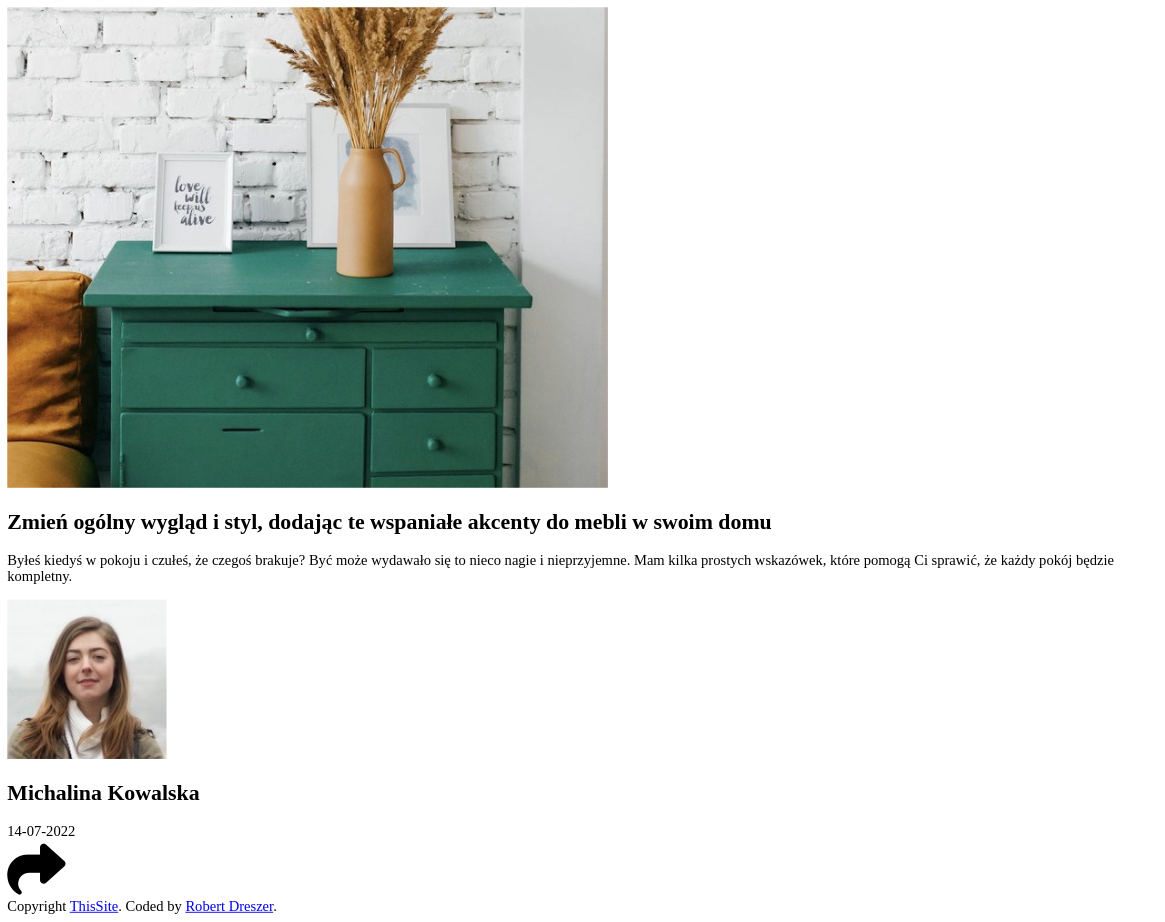
Repository: RobertDsr/komponent-podgl-du-produktu
Page: index.html
The author's editor kept a copy of each file at every save. The page is drawn from the files as they stood at one save, then again after a run of saves.
The browser window is 1280 px wide. The pictures show the whole page, at 91% of full size.
Some web libraries are served in a nearby version.

Above is the page before, as saved 2022-07-14 11:59:16.

### index.html
<!DOCTYPE html>
<html lang="en">
<head>
  <meta charset="UTF-8">
  <meta name="viewport" content="width=device-width, initial-scale=1.0"> <!-- displays site properly based on user's device -->

  <link rel="icon" type="image/png" sizes="32x32" href="./images/favicon-32x32.png">
  <script src="https://kit.fontawesome.com/f1983936fd.js" crossorigin="anonymous"></script>

  <title>Article preview component</title>
</head>
<body>

  <div class="wrapper">
    <img src="./images/drawers.jpg" alt="zielona szafka z ustawionymi na niej gadżetami ">
    <section class="articleDescription">
      <h1 class="Title">Zmień ogólny wygląd i styl, dodając te wspaniałe akcenty do mebli w swoim domu</h1>
      <p>Byłeś kiedyś w pokoju i czułeś, że czegoś brakuje? Być może wydawało się to nieco nagie i nieprzyjemne. Mam kilka prostych wskazówek, które pomogą Ci sprawić, że każdy pokój będzie kompletny.</p>
      <div class="author">
        <img src="./images/avatar-michelle.jpg" alt="Michelle" class="imgAuthor">
        <div class="divAuthorName">
        <h2 class="authorName">Michalina Kowalska</h2>
        <time datetime="2022-07-14">14-07-2022</time>
      </div>
        <div class="socialMedia">
          <i class="fa-solid fa-share fa-4x style="color: #339af0"></i>
        </div>
      </div>
    </section>
  </div>

  <div class="attribution">
    Copyright <a href="https://robertdreszer.pl/" target="_blank">ThisSite</a>.
    Coded by <a href="https://robertdreszer.pl/">Robert Dreszer</a>.
  </div>
</body>
</html>

After the next 2 saves:
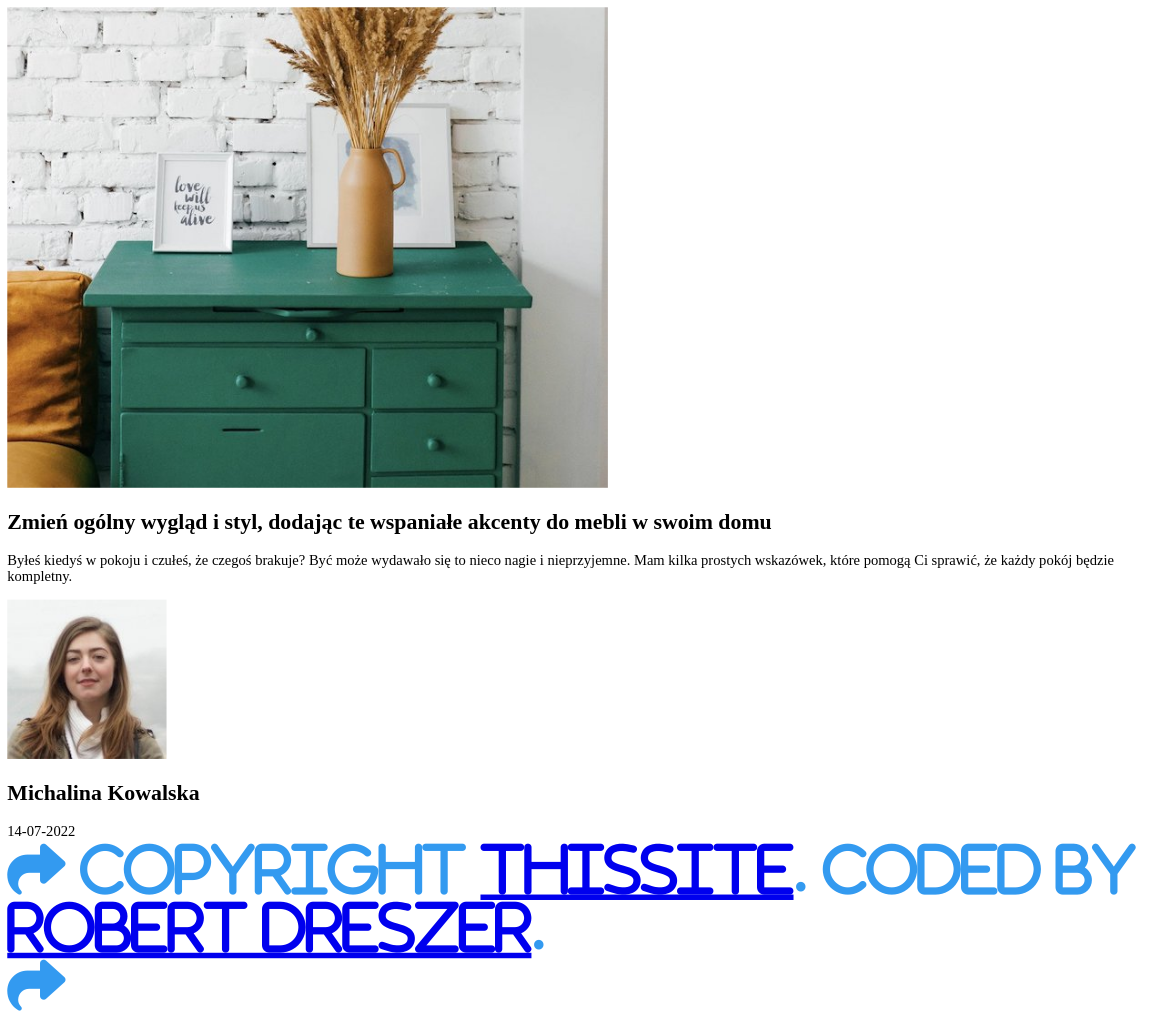
The 2 saves are shown as one change because they came seconds apart.
The last was saved 7 s later.
--- a/index.html
+++ b/index.html
@@ -23,7 +23,7 @@
         <time datetime="2022-07-14">14-07-2022</time>
       </div>
         <div class="socialMedia">
-          <i class="fa-solid fa-share fa-4x style="color: #339af0"></i>
+          <i class="fa-solid fa-share fa-4x" style="color: #339af0;></i>
         </div>
       </div>
     </section>

After the 2 saves that followed:
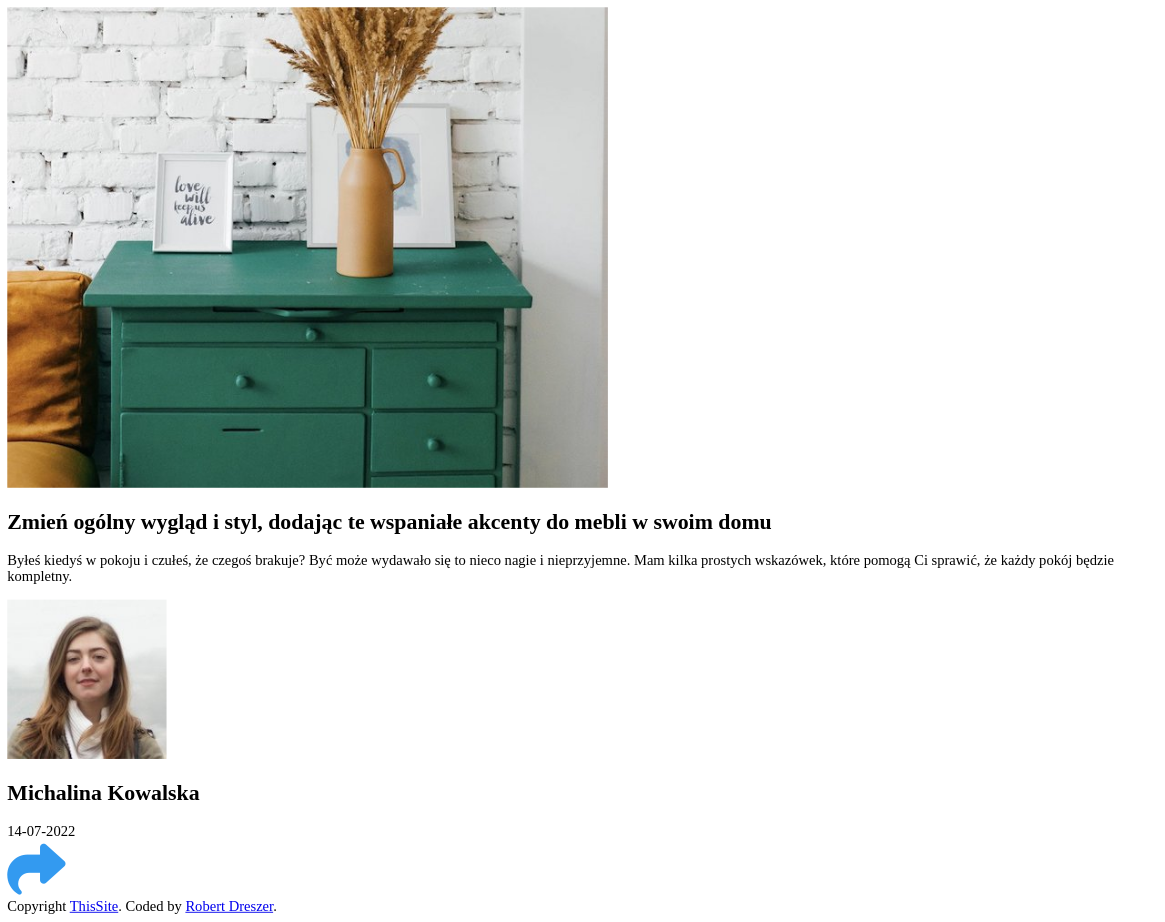
The 2 saves are shown as one change because they came seconds apart.
The last was saved 18 s later.
--- a/index.html
+++ b/index.html
@@ -23,7 +23,7 @@
         <time datetime="2022-07-14">14-07-2022</time>
       </div>
         <div class="socialMedia">
-          <i class="fa-solid fa-share fa-4x" style="color: #339af0;></i>
+          <i class="fa-solid fa-share fa-4x" style="color: #339af0;"></i>
         </div>
       </div>
     </section>
